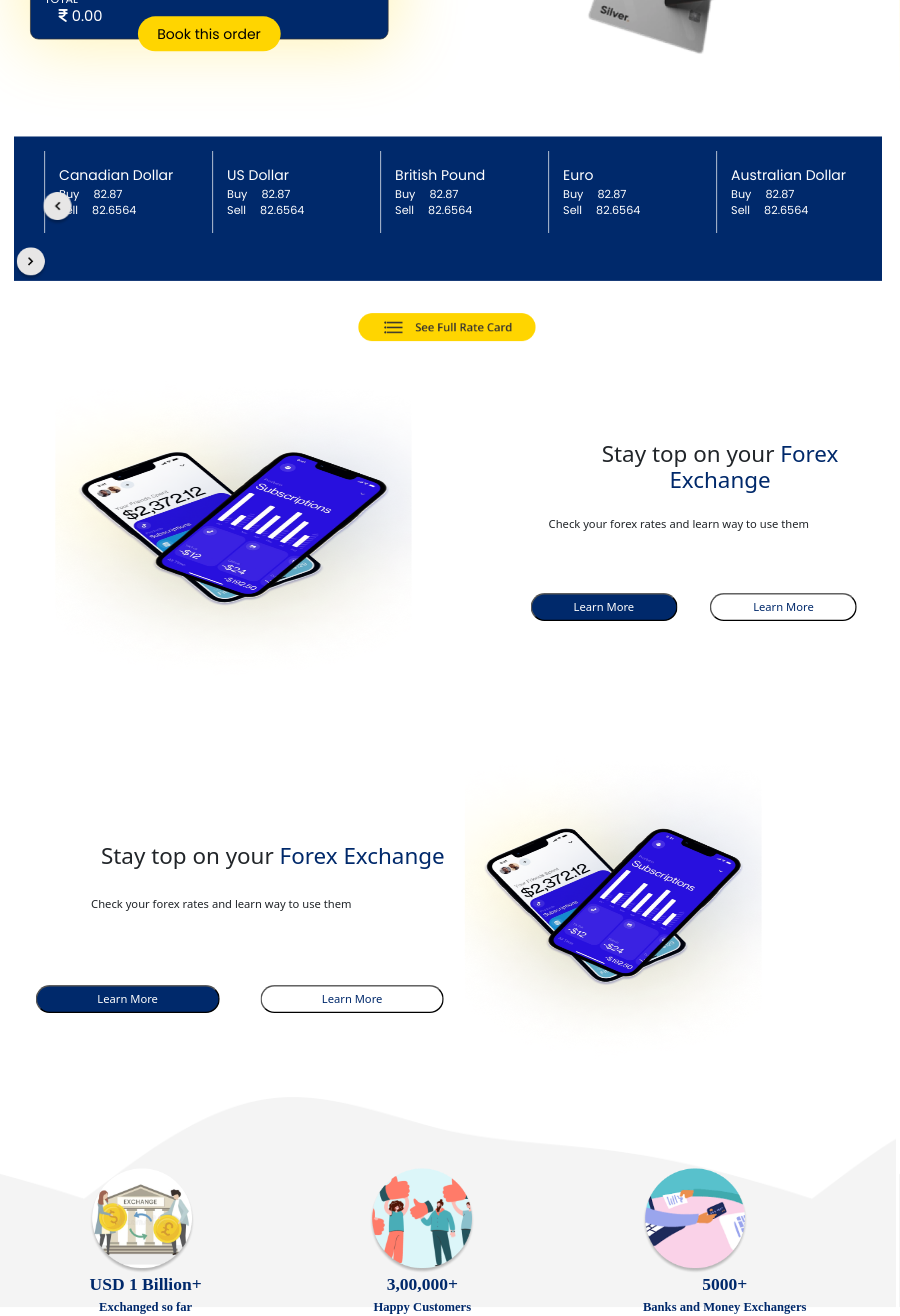
Repository: FlyweisReact/Akshadeep-latest
Page: /
These files come from the project's save history. The page is drawn as it stood at one moment and after a run of saves; the edit follows.
The browser window is 1280 px wide. The page is 1285 px wide, so the pictures cover 1285 px, including what lies to the right of the window. The pictures show the part of the page from y = 546 to 2426 px (the page is 4535 px tall before and 4487 px after), at 70% of full size.
Some web libraries are served in a nearby version. The project was rebuilt for these pictures with package versions that can differ from the ones it lists, and the page was loaded fresh each time. Also part of the build but not shown: src/components/exchange.jsx, src/components/order_p1.jsx, src/components/order_p2.jsx, src/components/faas.jsx, src/components/offer.jsx, src/components/main2.jsx, src/components/home.jsx, src/components/slider.jsx and 6 more.

Above is the page before, as saved 2023-05-23 15:28:49.

### public/index.html
<!DOCTYPE html>
<html lang="en">
  <head>
    <meta charset="utf-8" />
    <link rel="icon" href="%PUBLIC_URL%/favicon.ico" />
    <meta name="viewport" content="width=device-width, initial-scale=1" />
    <meta name="theme-color" content="#000000" />
    <meta
      name="description"
      content="Web site created using create-react-app"
    />
    <link rel="apple-touch-icon" href="%PUBLIC_URL%/logo192.png" />

    <link rel="manifest" href="%PUBLIC_URL%/manifest.json" />
    <link rel="stylesheet" href="https://cdnjs.cloudflare.com/ajax/libs/font-awesome/5.15.3/css/all.min.css" />
    <link href="https://cdn.jsdelivr.net/npm/bootstrap@5.3.0-alpha1/dist/css/bootstrap.min.css" rel="stylesheet" integrity="sha384-GLhlTQ8iRABdZLl6O3oVMWSktQOp6b7In1Zl3/Jr59b6EGGoI1aFkw7cmDA6j6gD" crossorigin="anonymous">
    <title>React App</title>
  </head>
  <body>
    <noscript>You need to enable JavaScript to run this app.</noscript>
    <div id="root"></div>
    <script src="https://kit.fontawesome.com/b533b351e4.js" crossorigin="anonymous"></script>
  </body>
</html>

### src/components/Main.jsx
/** @format */

import React from "react";
import Navbar from "./navbar";
import "react-responsive-carousel/lib/styles/carousel.min.css";
import BottomCont from "./bottom_cont";
import Footer from "./footer";
import img from "../Images/a-7.png";
import img4 from "../Images/a-57.png";
import img5 from "../Images/a-58.png";
import UpperForm from "./Component/Index/UpperForm";
import UpperSlider from "./Component/Index/UpperSlider";
import CurrencySlider from "./Component/Index/CurrencySlider";

function Main() {
  return (
    <>
      <Navbar />

      <div  className="upper-two-component">
        <div className="left-component">
          <UpperForm />
        </div>
        <div className="right-component">
          <UpperSlider />
        </div>
      </div>


      <div className="Index-currency_cont">
      <CurrencySlider />
      </div>







      <div className="main-mid-2-cont">
        <img src={img5} alt="" />
      </div>
      <div className="main-2-cont">
        <div className="main-2-left">
          <img src={img} alt="" />
        </div>
        <div className="main-2-right">
          <h2>
            Stay top on your <spam className="sp">Forex Exchange</spam>
          </h2>
          <p>Check your forex rates and learn way to use them</p>
          <div className="main-2-r-btn">
            <button className="main-2l-btn">Learn More</button>
            <button className="main-2r-btn">Learn More</button>
          </div>
        </div>
      </div>
      <div className="main-3-cont">
        <div className="main-3-left">
          <h2>
            Stay top on your <spam className="sp">Forex Exchange</spam>
          </h2>
          <p>Check your forex rates and learn way to use them</p>
          <div className="main-2-r-btn">
            <button className="main-2l-btn">Learn More</button>
            <button className="main-2r-btn">Learn More</button>
          </div>
        </div>
        <div className="main-3-right">
          <img src={img} alt="" />
        </div>
      </div>
      <BottomCont />
      <Footer />
    </>
  );
}

export default Main;

### src/Style/Header.css
/** @format */

.Sticky-Header-Companent {
  height: 100%;
  background-color: var(--white);
  position: sticky;
  top: 0;
  z-index: 999;
  padding: 20px;
  transition: box-shadow 0.3s ease;
}

.scrolled {
  box-shadow: rgba(0, 0, 0, 0.24) 0px 3px 8px;
}

.Header {
  width: 100%;
  display: flex;
  justify-content: space-between;
  align-items: center;
}

.Header .left-component a {
  font-family: InterFont;
  font-size: 2rem;
  color: #000000;
  cursor: pointer;
  text-decoration: none;
}

.Header .right-component {
  display: flex;
  gap: 20px;
}
.Header .right-component .btn1 {
  font-weight: 500;
  font-size: var(--medium-font);
  color: var(--black);
  background-color: transparent;
  border: none;
}
.Header .right-component .btn2 {
  font-size: var(--medium-font);
  color: var(--white);
  background-color : #00296B;
  border: 1px solid #00296B;
  padding: 10px;
  width: 200px;
  border-radius: var(--half-border);
}

/* Category Drop- Down */
.Drop-Category-Bar {
  display: flex;
  align-items: center;
}
.Drop-Category-Bar .left-container {
  width: 20%;
  padding: 20px;
}

.Drop-Category-Bar .right-Container {
  display: flex;
  width: 60%;
  justify-content: space-evenly;
}

.Drop-Category-Bar .left-container i {
  font-size: var(--medium-font);
  cursor: pointer;
}
.Drop-Category-Bar .right-Container #dropdown-basic {
  border: none;
  font-size: var(--medium-font);
  font-style: normal;
  line-height: 29px;
  color: #333131;
}
.Drop-Category-Bar .right-Container #dropdown-button-drop-end {
  width: 100%;
  display: flex;
  justify-content: space-between;
  gap: 20px;
  align-items: center;
  font-size: var(--small-font);
  border: none;
}
.Drop-Category-Bar .right-Container .dropdown-item {
  width: 100%;
  font-size: var(--small-font);
  border: none;
  padding-left: 12px;
}

/* FullScreen Offcanvas */
.offcanvas.offcanvas-start {
  width: 100% !important;
  background-color: transparent;
}
.offcanvas-backdrop.show {
  opacity: 0.9 !important;
}
.Offcanvas-Menu {
  position: relative;
  padding: 20px;
}
.Offcanvas-Menu .fa-x {
  font-size: var(--medium-font);
  color: #fff;
  position: absolute;
  right: 20px;
  top: 20px;
  cursor: pointer;
}
.Offcanvas-Menu .Menu-Items {
  display: flex;
  justify-content: space-evenly;
  align-items: center;
  position: absolute;
  top: 50%;
  gap: 20px;
  left: 50%;
  transform: translate(-50%, -50%);
  width: 100%;
  padding-left: 5%;
  padding-right: 5%;
}
.Offcanvas-Menu .Menu-Items div {
  width: 20%;
  cursor: pointer;
}
.Offcanvas-Menu .Menu-Items div img {
  display: block;
  margin: auto;
}
.Offcanvas-Menu .Menu-Items div a {
  text-decoration: none;
}
.Offcanvas-Menu .Menu-Items p {
  font-size: var(--medium-font);
  color: #ffffff;
  text-align: center;
  margin-top: 10px;
  font-family: OpenFont;
  text-decoration: none;
  width: 100%;
}

### src/Style/Layout.css
/* Two Section Component */
.upper-two-component {
    display: flex;
    justify-content: space-evenly;
    padding-top: 20px;
}
.upper-two-component .left-component{
    width: 40%;
}
.upper-two-component .right-component{
    width: 50%;
}

/* Currency Container */
.Index-currency_cont{
    width: 100%;
    padding: 20px;
}

### src/Style/Component.css
/**
 * Upper Form Component
 *
 * @format
 */

.Index-Upper-Form {
  width: 100%;
  padding-top: 20px;
}
.Index-Upper-Form .button-container {
  display: flex;
  align-items: center;
  justify-content: center;
  gap: 10px;
  width: 100%;
}
.Index-Upper-Form .button-container button {
  background-color: #fff;
  color: #333;
  border: 1px solid #ffd500;
  font-size: var(--small-font);
  cursor: pointer;
  padding: 10px;
  width: 20%;
  font-family: OpenFont;
  border-radius: 4px;
  transition: 0.5s;
}
.Index-Upper-Form .button-container button:hover {
  background: #ffd500;
}
.Index-Upper-Form .form-cont {
  width: 100%;
  margin-top: 10px;
  background: #00296b;
  border: 1px solid #333131;
  box-shadow: 0px 0px 100px 8px rgba(255, 213, 0, 0.3);
  border-radius: 12px;
  position: relative;
  padding: 20px;
}
.Index-Upper-Form .form-cont .form-part-1 .two-cont {
  display: flex;
  justify-content: space-between;
  width: 100%;
}
.Index-Upper-Form .form-cont .form-part-1 .two-cont div {
  width: 45%;
}
.Index-Upper-Form .form-cont .form-part-1 .two-cont div label {
  color: var(--white);
  font-size: var(--extra-small-font);
  font-family: PoppinFont;
  line-height: 24px;
  color: #ffffff;
}

.Index-Upper-Form .form-cont .form-part-1 .two-cont div select {
  width: 100%;
  margin-top: 3px;
  outline: none;
  font-size: var(--extra-small-font);
  color: #897f7f;
  font-family: PoppinFont;
  padding: 10px;
  border-radius: 4px;
  border: 1px solid #897f7f;
}
.Index-Upper-Form .form-cont .form-part-1 .rate {
  font-size: 16px;
  line-height: 24px;
  color: #ffffff;
  margin-top: 10px;
  font-family: PoppinFont;
}
.Index-Upper-Form .form-cont .form-part-1 .two-cont div input {
  width: 100%;
  margin-top: 3px;
  outline: none;
  font-size: var(--extra-small-font);
  color: #897f7f;
  font-family: PoppinFont;
  padding: 10px;
  border-radius: 4px;
  border: 1px solid #897f7f;
}
.Index-Upper-Form .form-cont .form-part-1 .two-cont div input::placeholder {
  color: #897f7f;
}
.Index-Upper-Form .form-cont .form-part-1 .two-cont .two-section {
  display: flex;
  gap: 10px;
  color: var(--white);
  margin-top: 10px;
  align-items: center;
}
.Index-Upper-Form .form-cont .form-part-1 .two-cont .two-section p {
  margin: 0;
  font-family: PoppinFont;
}
.Index-Upper-Form .form-cont .form-part-1 .two-cont .two-section button {
  background-color: #214360;
  outline: none;
  border: 1px solid #214360;
  color: var(--white);
  font-family: PoppinFont;
}
.Index-Upper-Form .form-cont .form-part-1 .two-cont .two-section i {
  color: #ffd500;
}
.Index-Upper-Form .form-cont .form-part-1 .two-cont .two-section .add {
  color: #ffd500;
  text-decoration: underline;
}
.Index-Upper-Form .form-cont .ord-btn {
  font-size: var(--medium-font);
  font-family: PoppinFont;
  background: #ffd500;
  border-radius: 30.2748px;
  border: none;
  width: 40%;
  padding: 10px;
  display: block;
  margin: auto;
  position: absolute;
  top: 98%;
  cursor: pointer;
  left: 50%;
  transform: translate(-50%, -50%);
}

/* Slick Slider */
.slick-slider-Cont {
  position: relative;
}
.slick-slider-Cont .Prev-Next_cont {
  display: flex;
  justify-content: space-between;
}
.slick-slider-Cont .Prev-Next_cont .PrevImg {
  position: absolute;
  top: 50%;
  left: 5%;
  transform: translate(-50%, -50%);
  cursor: pointer;
}
.slick-slider-Cont .Prev-Next_cont .NextImg {
  position: absolute;
  top: 50%;
  left: 95%;
  transform: translate(-50%, -50%);
  cursor: pointer;
}

.Slick-Slider {
  height: 100%;
  padding: 20px;
}
.Slick-Slider .slider-container-div {
  width: 100%;
}
.Slick-Slider .slider-container-div p {
  font-family: PoppinFont;
  font-size: 24px;
  line-height: 40px;
  color: #000;
  text-align: center;
  margin: 0;
}
.Slick-Slider .slider-container-div img {
  display: block;
  margin: auto;
}
.Slick-Slider:focus {
  border: none !important;
}
.Slick-Slider:active {
  border: none !important;
}

.Slick-Slider .slider-container-div .two-comp {
  display: flex;
  justify-content: space-evenly;
  gap: 10px;
}
.Slick-Slider .slider-container-div .two-comp .left-comp {
  width: 45%;
  position: relative;
}
.Slick-Slider .slider-container-div .two-comp .left-comp img {
  position: absolute;
  top: 50%;
  left: 50%;
  transform: translate(-50%, -50%);
}
.Slick-Slider .slider-container-div .two-comp .right-comp {
  width: 60%;
}
.Slick-Slider .slider-container-div .two-comp .right-comp div {
  display: flex;
  padding-top: 20px;
  gap: 20px;
  align-items: center;
}
.Slick-Slider .slider-container-div .two-comp .right-comp p {
  margin: 0;
  font-size: var(--extra-small-font);
  line-height: normal;
  width: 90%;
  text-align: left;
}
.Slick-Slider .slider-container-div .two-comp .right-comp i {
  margin: 0;
  background-color: #00a067;
  color: #fff;
  border-radius: 100%;
  padding: 5px;
}


/* Currency-Slider  */
.currency_slider_cont{
  background-color: #00296B;
  position: relative;
}
.currency_slider_cont .currency_slider{
  background-color: #00296B;
  height: 100%;
  padding: 20px;
}
.currency_slider_cont .currency_slider:focus {
  border: none !important;
}
.currency_slider_cont .currency_slider:active {
  border: none !important;
}

.currency_slider_cont .currency_slider .Item{
  color: #fff;
  border-right: 1px solid #fff;
  padding: 20px;
  width: 20%;
}
.currency_slider_cont .currency_slider .Item p{
  margin: 0;
}
.currency_slider_cont .currency_slider .Item .head{
  font-family: PoppinFont;
  font-size: var(--medium-font);
}
.currency_slider_cont .currency_slider .Item .two_sec{
  display: flex;
  align-items: center;
  gap: 20px;
}
.currency_slider_cont .currency_slider .Item .two_sec p{
  font-family: PoppinFont;
font-size: var(--extra-small-font);
}
.currency_slider_cont .Prev-Next_cont {
  display: flex;
  justify-content: space-between;
}
.currency_slider_cont .Prev-Next_cont .PrevImg {
  position: absolute;
  top: 50%;
  left: 5%;
  transform: translate(-50%, -50%);
  cursor: pointer;
}
.slick-slider-Cont .Prev-Next_cont .NextImg {
  position: absolute;
  top: 50%;
  left: 95%;
  transform: translate(-50%, -50%);
  c

### src/components/navbar.jsx
import Header from "./Layout/Header";

const Navbar = () => {
  return (
    <>
      <Header />

    </>
  );
};

export default Navbar;

### src/components/bottom_cont.jsx
import React from "react";
import img from "../Images/a-33.png";
import img2 from "../Images/a-34.png";
import img3 from "../Images/a-35.png";
import img4 from "../Images/a-36.png";
import img5 from "../Images/a-37.png";
import img6 from "../Images/a-51.png";

const BotCont = () => {
  return (
    <>
      <div className="bot-part-1">
        <div className="bot-cont-imgs">
          <div>
            <img src={img} />
            <h6>USD 1 Billion+</h6>
            <p>Exchanged so far</p>
          </div>
          <div>
            <img src={img2} />
            <h6>3,00,000+</h6>
            <p>Happy Customers</p>
          </div>
          <div>
            <img src={img3} />
            <h6>5000+</h6>
            <p>Banks and Money Exchangers</p>
          </div>
        </div>
      </div>
      <div className="bot-part-3">
        <img src={img6} />
      </div>
      <div className="bot-part-2">
        <h3>Media Mentions</h3>
        <div className="bot-part-2-sub">
          <div className="bot-cont-card">
            <h4>Loren Ipsum Id best Platform out there</h4>
            <p>
              Lorem Ipsum is simply dummy text of the printing and typesetting
              industry. Lorem Ipsum has been the industry's standard dummy text
              ever since the 1500s, when an unknown printer took a galley of
              type and scrambled it to make a type specimen book.
            </p>
            <div className="thin-line"></div>
            <div className="bot-cont-card-2">
              <img src={img4} />
              <p>5 star</p>
            </div>
          </div>
          <div className="bot-cont-card">
            <h4>Loren Ipsum Id best Platform out there</h4>
            <p>
              Lorem Ipsum is simply dummy text of the printing and typesetting
              industry. Lorem Ipsum has been the industry's standard dummy text
              ever since the 1500s, when an unknown printer took a galley of
              type and scrambled it to make a type specimen book.
            </p>
            <div className="thin-line"></div>
            <div className="bot-cont-card-2">
              <img src={img5} style={{height:"40px"}} />
              <p>5 star</p>
            </div>
          </div>
        </div>
      </div>
    </>
  );
};

export default BotCont;

### src/components/footer.jsx
import React from "react";

const Footer = () => {
  return (
    <footer className="footer">
      <div className="footer-cont">
        <div className="foot-row">
          <div className="foot-col">
            <h3>Company</h3>
            <p>About Us</p>
            <p>Contact Us</p>
            <p>Careers</p>
          </div>
          <div className="foot-col">
            <h3>Services</h3>
            <p>Prepaid Travel Card</p>
            <p>Foreign Demand Draft</p>
            <p>Foreign Currency</p>
            <p>Educational Loans</p>
            <p>Remmittance</p>
            <p>Travel Insurance</p>
            <p>Forex as a Service (Faas Solution)</p>
          </div>
          <div className="foot-col">
            <h3>Quick Links</h3>
            <p>FAQs</p>
            <p>Cancellation & Refund Policy</p>
            <p>Forex Rates</p>
            <p>Our Policies</p>
            <p>Terms of Use</p>
            <p>Site Map</p>
            <p>Offers</p>
          </div>
          <div className="foot-col">
            <h3>Insight</h3>
            <p>Blogs</p>
            <p>Press Release</p>
            <p>Foreign Currency</p>
            <p>Educational Loans</p>
            <p>Remmittance</p>
            <p>Travel Insurance</p>
            <p>Forex as a Service (Faas Solution)</p>
          </div>
          <div className="foot-col">
            <h3>Registered Office Address</h3>
            <p>Lorem Ipsum Pvt ltd.</p>
            <p>P-701 to P-705 lorem ipsum , 7th floor, 11th tower, panchsheel primerose, vatista
                , Gurugram, Hariyana
            </p>
            {/*<ul className="social-icons">
              <li>
                <a href="#">
                  <i className="fab fa-facebook-f"></i>
                </a>
              </li>
              <li>
                <a href="#">
                  <i className="fab fa-twitter"></i>
                </a>
              </li>
              <li>
                <a href="#">
                  <i className="fab fa-linkedin"></i>
                </a>
              </li>
              <li>
                <a href="#">
                  <i className="fab fa-instagram"></i>
                </a>
              </li>
            </ul>*/}
          </div>
        </div>
      </div>
      <div className="footer-bottom">
        <p>&copy; 2023 Forex Inc. All Rights Reserved.</p>
      </div>
    </footer>
  );
};

export default Footer;

### src/components/signup.jsx
import Button from "react-bootstrap/Button";
import Modal from "react-bootstrap/Modal";

function MyVerticallyCenteredModal(props) {
  return (
    <Modal
      {...props}
      size="lg"
      aria-labelledby="contained-modal-title-vcenter"
      centered
    >
      <Modal.Body>
        <div className="popupe-container">
          <div className="popupe">
            <span className="close" onClick={props.onHide}>
              &times;
            </span>
            <h2 className="form-title">Register</h2>
            <form>
              <div class="form-groupe">
                <label for="name" className="label-inp">Name</label>
                <input type="text" id="name" name="name" placeholder="Enter your name here" />
              </div>
              <div class="form-groupe">
                <label for="mobile" className="label-inp">Mobile Number</label>
                <input type="email" id="email" name="email" placeholder="Enter your mobile no here"/>
              </div>
              <div class="form-groupe">
                <label for="email" className="label-inp">Email</label>
                <input type="email" id="email" name="email" placeholder="Enter your email here"/>
              </div>
              <button type="submit" className="btn-form-submit">Submit</button>
            </form>
            <h2 className="form-title">Or</h2>
            <div className="form-bot-cont">
              <div className="left-btn">
                  <button className="btn-2">
                  <i class="fab fa-facebook-f fc" ></i>
                  facebook</button>
              </div>
              <div className="right-btn">
                  <button className="btn-2">
                  <i class="fab fa-google-plus-g gl"></i>
                    Google</button>
              </div>
            </div>
            </div>
          </div>
      </Modal.Body>
    </Modal>
  );
}

export default MyVerticallyCenteredModal;

### src/components/login.jsx

import Modal from "react-bootstrap/Modal";

function MyVerticallyCenteredModal(props) {
  return (
    <Modal
      {...props}
      size="lg"
      aria-labelledby="contained-modal-title-vcenter"
      centered
    >
      <Modal.Body>
        <div className="popupe-container">
          <div className="popupe">
            <span className="close" onClick={props.onHide}>
              &times;
            </span>
            <h2 className="form-title">Login</h2>
            <form>
              <div class="form-groupe">
                <label for="name" className="label-inp">Mobile Number/ Email Id</label>
                <input type="text" id="name" name="name" placeholder="Enter mobile number/ email Id" />
              </div>
              <button type="submit" className="btn-form-submit">Submit</button>
            </form>
            </div>
            <h2 className="form-title">Or</h2>
            <div className="form-bot-cont">
              <div className="left-btn">
                  <button className="btn-2">
                  <i class="fab fa-facebook-f fc" ></i>
                  facebook</button>
              </div>
              <div className="right-btn">
                  <button className="btn-2">
                  <i class="fab fa-google-plus-g gl"></i>
                    Google</button>
              </div>
            </div>
          </div>
      </Modal.Body>
    </Modal>
  );
}

export default MyVerticallyCenteredModal;

Loaded but not shown: src/Json/menu.json (187 lines, source omitted); src/components/Component/Index/UpperSlider.js (180 lines, source omitted); src/components/Component/Index/CurrencySlider.js (166 lines, source omitted); src/components/Component/Index/UpperForm.js (74 lines, source omitted); src/components/Layout/DropBar.js (60 lines, source omitted); src/components/Layout/Sidebar.js (70 lines, source omitted); src/App.js (50 lines, source omitted); src/components/Layout/Header.js (56 lines, source omitted); src/index.js (13 lines, source omitted); src/index.css (2406 lines, source omitted)

After the next 2 saves:
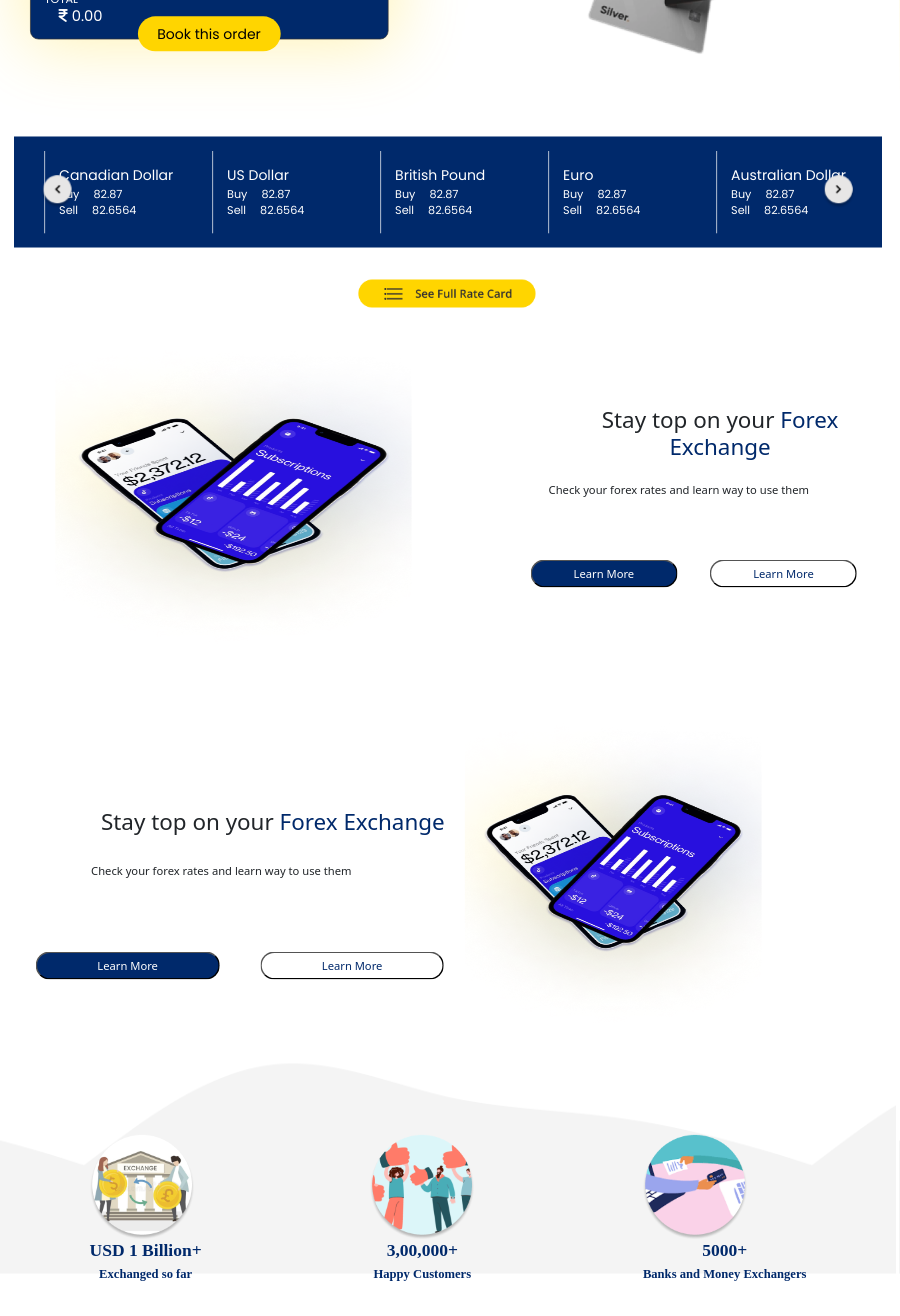
The 2 saves are shown as one change because they came seconds apart.
The last was saved 7 s later.
--- a/src/Style/Component.css
+++ b/src/Style/Component.css
@@ -269,9 +269,9 @@ font-size: var(--extra-small-font);
   transform: translate(-50%, -50%);
   cursor: pointer;
 }
-.slick-slider-Cont .Prev-Next_cont .NextImg {
+.currency_slider_cont .Prev-Next_cont .NextImg {
   position: absolute;
   top: 50%;
   left: 95%;
   transform: translate(-50%, -50%);
-  c
+}
